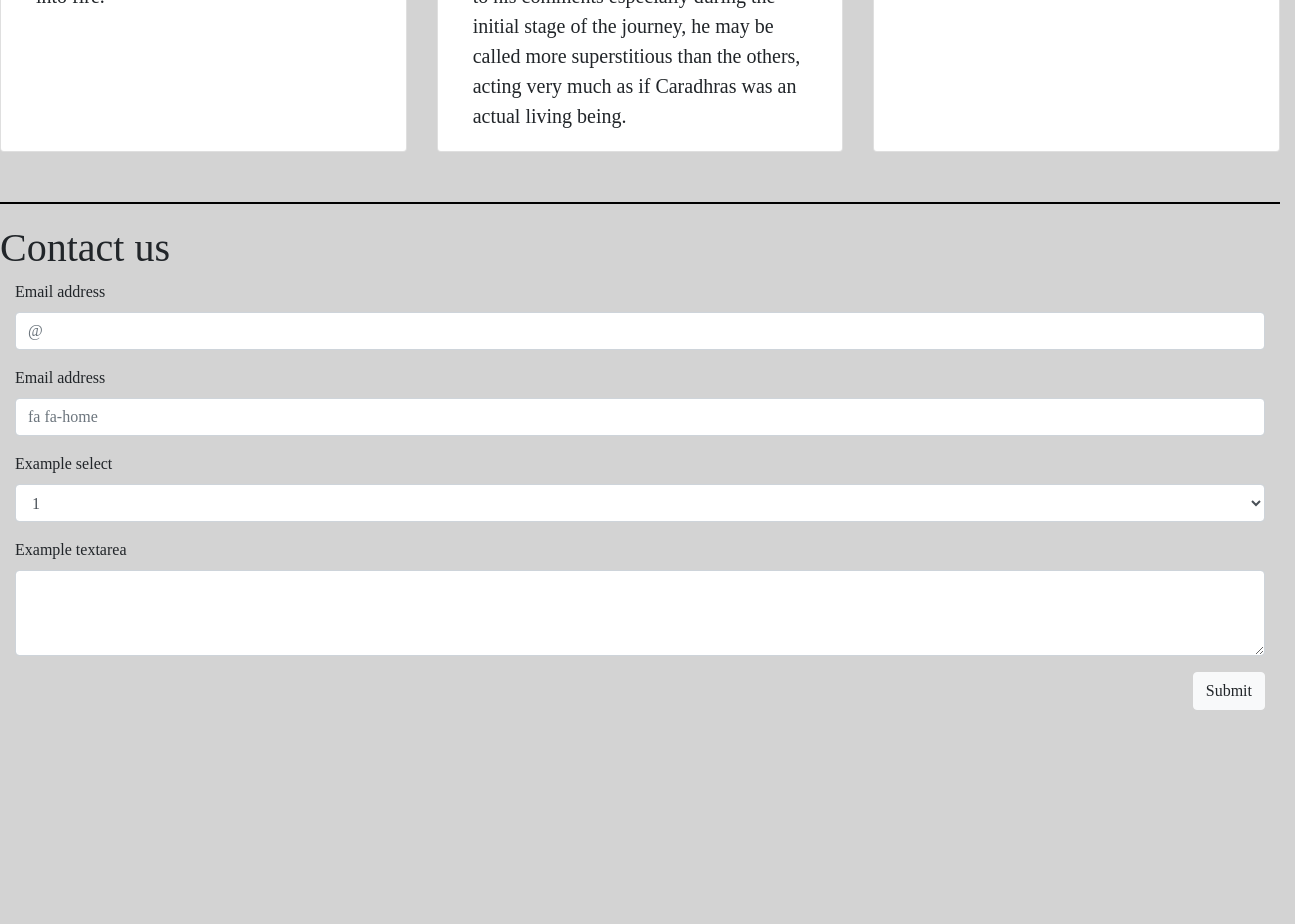
Repository: Khaleddwm/FindThePrecious
Page: index.html
These files come from the project's save history. The page is drawn as it stood at one moment and after the next save; the edit follows.
The browser window is 1280 px wide. The page is 1295 px wide, so the pictures cover 1295 px, including what lies to the right of the window. The pictures show the part of the page from y = 1708 to 2632 px (the page is 2632 px tall before and 2568 px after).
Some web fonts or font styles are not loaded; a fallback is used.

Above is the page before, as saved 2020-05-24 22:31:50.

### index.html
<!DOCTYPE html>
<html lang="en">
<head>
    <meta charset="UTF-8">
    <meta name="viewport" content="width=device-width, initial-scale=1.0">
    <title>FindThePrecious</title>
    <link href="https://fonts.googleapis.com/css2?family=Bad+Script&display=swap" rel="stylesheet">
    <!-- CSS only -->
    <link rel="stylesheet" href="https://stackpath.bootstrapcdn.com/bootstrap/4.5.0/css/bootstrap.min.css" integrity="sha384-9aIt2nRpC12Uk9gS9baDl411NQApFmC26EwAOH8WgZl5MYYxFfc+NcPb1dKGj7Sk" crossorigin="anonymous">
    <link rel="stylesheet" href="https://cdnjs.cloudflare.com/ajax/libs/font-awesome/4.7.0/css/font-awesome.min.css">
    <link rel="stylesheet" href="style.css">
    <!-- JS, Popper.js, and jQuery -->
    <script src="https://code.jquery.com/jquery-3.5.1.slim.min.js" integrity="sha384-DfXdz2htPH0lsSSs5nCTpuj/zy4C+OGpamoFVy38MVBnE+IbbVYUew+OrCXaRkfj" crossorigin="anonymous"></script>
    <script src="https://cdn.jsdelivr.net/npm/popper.js@1.16.0/dist/umd/popper.min.js" integrity="sha384-Q6E9RHvbIyZFJoft+2mJbHaEWldlvI9IOYy5n3zV9zzTtmI3UksdQRVvoxMfooAo" crossorigin="anonymous"></script>
    <script src="https://stackpath.bootstrapcdn.com/bootstrap/4.5.0/js/bootstrap.min.js" integrity="sha384-OgVRvuATP1z7JjHLkuOU7Xw704+h835Lr+6QL9UvYjZE3Ipu6Tp75j7Bh/kR0JKI" crossorigin="anonymous"></script>
</head>
<body>
    <nav class="navbar navbar-expand-sm navbar-dark bg-dark">
        <a href"index.html" class="titleNav navbar-brand">FindThePrecious.com</a>
        <button class="navbar-toggler" data-toggle="collapse" data-target="#navbarMenu">
            <span class="navbar-toggler-icon"></span>
        </button>
        <div class="collapse navbar-collapse" id="navbarMenu">
            <ul class="navbar-nav">
                <li class="nav-item">
                    <a href="#" class="nav-link">Fellows</a>
                </li>
                <li>
                    <a href="#" class="nav-link">Contact us</a>
                </li>
            </ul>
        </div>
    </nav>
    <div id="carouselControls" class="carousel slide" data-ride="carousel">
        <div class="carousel-inner">
            <div class="carousel-caption d-none d-block">
                <h1>Dangerous fellowship try to destroy the ring</h1>
                <p>Orcs, Goblins, Balrogs, protect your master Sauron !</p>
            </div>
            <div class="carousel-item active">
                <img class="d-block w-100" src="https://img.phonandroid.com/2018/04/seigneur-des-anneaux.jpg" alt="First slide">
            </div>
            <div class="carousel-item">
                <img class="d-block w-100" src="https://www.journaldugeek.com/content/uploads/2019/07/lord-of-the-rings-gollum-new-lotr-stealth-game-coming-2021-from-daedalic-entertainment-767717.jpg" alt="Second slide">
            </div>
            <div class="carousel-item">
                <img class="d-block w-100" src="https://vignette.wikia.nocookie.net/lotr/images/1/15/Gothmog_the_lord_of_balrogs_by_atohas-d8hf6ru.jpg/revision/latest?cb=20180410213854" alt="Third slide">
            </div>
        </div>
        <a class="carousel-control-prev" href="#carouselControls" role="button" data-slide="prev">
            <span class="carousel-control-prev-icon" aria-hidden="true"></span>
            <span class="sr-only">Previous</span>
        </a>
        <a class="carousel-control-next" href="#carouselControls" role="button" data-slide="next">
            <span class="carousel-control-next-icon" aria-hidden="true"></span>
            <span class="sr-only">Next</span>
        </a>
    </div>
    <div class="wanted">
        <div class="wanted-title">
            <h1>Fellows wanted dead (or alive if you want to eat them later)</h1>
        </div>
        <div class="card-deck">
            <div class="card col-xs-12 col-md-4">
                <img src="https://kr4v3n.github.io/Sauron/img/gandalf.png" class="card-img-top" alt="Gandalf">
                <div class="living card-img-overlay">
                    <h2>Reward 1000 gold coins</h2>
                </div>
                <div class="card-body">
                    <h2 class="card-title">Gandalf</h2>
                    <p class="card-text">
                        Gandalf was shorter in stature than the other two; but his long white hair,
                        his sweeping silver beard, and his broad shoulders, made him look like some wise king of ancient legend.
                        In his aged face under great snowy brows his eyes were set like coals that could suddenly burst into fire.
                    </p>
                </div>
            </div>
            <div class="card col-xs-12 col-md-4">
                <img src="https://kr4v3n.github.io/Sauron/img/gimli.png" class="card-img-top" alt="Gimli">
                <div class="dead card-img-overlay">
                    <h2>DEAD</h2>
                </div>
                <div class="card-body">
                    <h2 class="card-title">Gimli</h2>
                    <p class="card-text">
                        Gimli throughout the War showed perhaps the greatest open contempt for Sauron and his minions, save possibly Boromir.
                        He was a grim character, for the most part, laughing only occasionally and, though in a few rare situations inspiring amusement,
                        never joking. Due to his comments especially during the initial stage of the journey, he may be called more superstitious than the others,
                        acting very much as if Caradhras was an actual living being.
                    </p>
                </div>
            </div>
            <div class="card col-xs-12 col-md-4">
                <img src="https://kr4v3n.github.io/Sauron/img/aragorn.png" class="card-img-top" alt="Aragorn">
                <div class="living card-img-overlay">
                    <h2>Reward 250 gold coins</h2>
                </div>
                <div class="card-body">
                    <h2 class="card-title">Aragorn</h2>
                    <p class="card-text">
                        An artist's conception of Aragorn at The Prancing Pony Tolkien gives
                        a brief but detailed description of him in The Lord of the Rings: lean, dark, tall, with
                        "a shaggy head of dark hair flecked with grey, and in a pale stern face a pair of keen grey eyes."
                    </p>
                </div>
            </div>
        </div>
    </div>
    <div class="form">
        <h1>Contact us</h1>
        <form class="container-fluid">
            <div class="form-group">
                <label for="email">Email address</label>
                <input type="email" class="form-control" id="email" placeholder="@">
            </div>
            <div class="form-group">
                <label for="email">Email address</label>
                <input type="email" class="form-control" id="email" placeholder="fa fa-home">
            </div>
            <div class="form-group">
                <label for="select">Example select</label>
                <select class="form-control" id="select">
                    <option>1</option>
                    <option>2</option>
                    <option>3</option>
                    <option>4</option>
                    <option>5</option>
                </select>
            </div>
            <div class="form-group">
                <label for="textarea">Example textarea</label>
                <textarea class="form-control" id="textarea" rows="3"></textarea>
            </div>
            <div class="form-group">
                <input type="submit" class="btn btn-light" id="submit" value="Submit">
            </div>
        </form>
    </div>
</body>
</html>

### style.css
body {
    font-family: 'Bad Script', cursive;
    background-color: lightgrey;
    margin-bottom: 100px;
}

#navbarMenu, .titleNav {
    font-size: 30px;
}

.navbar {
    overflow: hidden;
    position: fixed; /* Set the navbar to fixed position */
    top: 0; /* Position the navbar at the top of the page */
    width: 100%; /* Full width */
    z-index: 1000;
}

/* Change background on mouse-over */
#navbarMenu a:hover {
    background: lightgray;
    color: black;
}

#carouselControls {
    margin-top: 60px;
}

p {
    font-size: 20px;
}

img {
    width: auto;
    height: 600px;
}

.wanted-title {
    text-align: center;
    margin: 50px;
}
/* hover for living */
.living h2 {
    background-color: lightgray;
}

.living {
    opacity: 0;
}

.living:hover {
    opacity: 1;
    text-align: center;
}

/* hover for dead */
.dead {
    opacity: 0;
}

.dead:hover {
    opacity: 1;
    text-align: center;
    background-color: lightgray;
}

#submit {
    float: right;
}

.form {
    margin-top: 50px;
    border-top: 2px solid black;
}

.form h1 {
    margin-top: 20px;
}

After the next save:
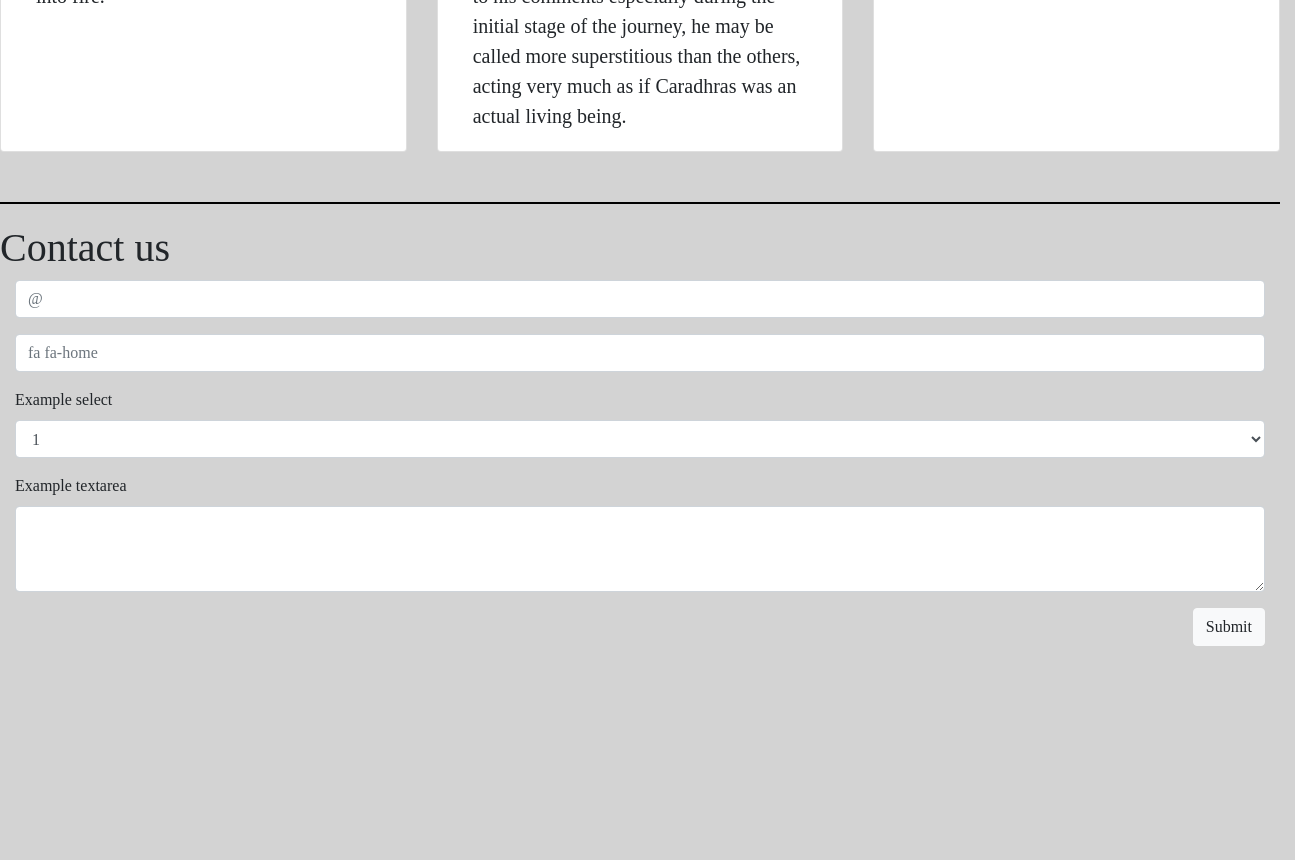
Saved 2 min 56 s later.
--- a/index.html
+++ b/index.html
@@ -110,11 +110,9 @@
         <h1>Contact us</h1>
         <form class="container-fluid">
             <div class="form-group">
-                <label for="email">Email address</label>
                 <input type="email" class="form-control" id="email" placeholder="@">
             </div>
             <div class="form-group">
-                <label for="email">Email address</label>
                 <input type="email" class="form-control" id="email" placeholder="fa fa-home">
             </div>
             <div class="form-group">
